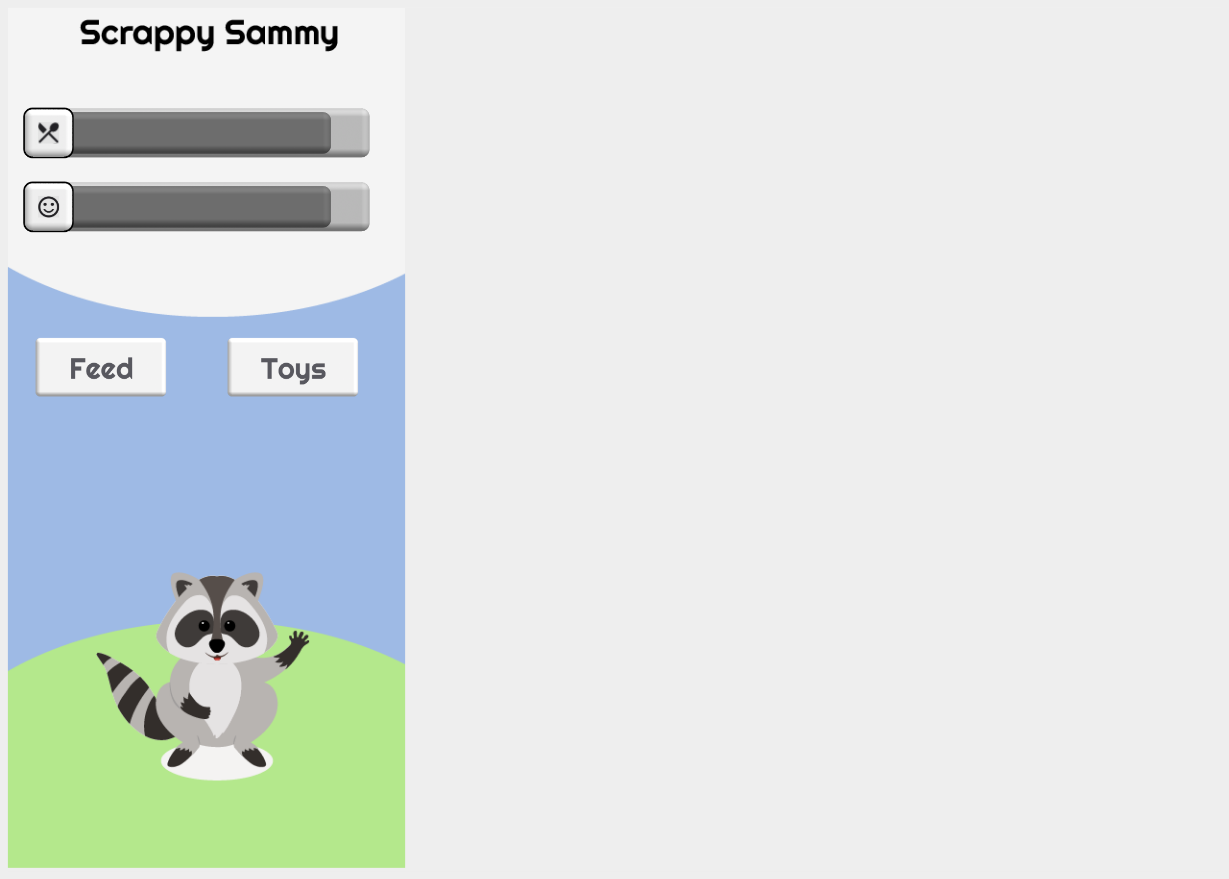
Repository: alemunden/Trash-Scavengers
Page: /Scrappy
An editor plug-in stored every save of this project. The page is shown before and after the next save, followed by the edit.
The browser window is 1280 px wide. The pictures show the whole page, at 96% of full size.
The project was rebuilt for these pictures with package versions that can differ from the ones it lists, and the page was loaded fresh each time. The framework's server and built-in components were replaced by stand-ins that run in the browser. Also part of the build but not shown: next.config.mjs, components/NavBar/NavBar.module.css, components/NavBar/index.js.

Above is the page before, as saved 2024-04-20 12:16:38.

### pages/Scrappy.js
import NavBar from "@/components/NavBar"
import styles from '@/styles/Scrappy.module.css'
import Image from "next/image"
import { useState } from "react"

export default function Scrappy() {
    return(
        <>
            <div className={styles.main}>
                <div className={styles.statusBars}>
                    <Image src={'/foodbar.png'} height={52.86} width={360.57}/>
                    <Image src={'/happinessbar.png'} height={52.86} width={360.57}/>
                </div>
                <div className={styles.buttons}>
                    <Image src={'/feedbutton.png'} width={136.35} height={60.75}/>
                    <Image src={'/toysbutton.png'} width={136.35} height={60.75}/>
                </div>
                <Image src={'/scrappybackground.png'} width={414} height={896}/>
            </div>
        </>
    )
}

### styles/globals.css
:root {
    --white: #eee;
    --black: #000;
    --light-green: #B4E88C;
    --light-blue: #9EBAE5;
    --light-gray: #c5c5c5;
    --light-yellow: #F3CD70;
    --light-pink: #F3D9D9;
    --medium-green: #429600;
    --gold: #ED9F26;

}

html, body {
    overflow-x: hidden;
    background-color: var(--white);
  }

main {
    padding: 1rem;
  }

li {
    list-style-type: none;
    cursor: pointer;
    margin: 1rem;
    width: 100%;
    padding: 0.5rem;
    color: #000105;
    background-color: var(--light-blue);
    border-radius: 1rem;
    border-bottom: 6px solid #7893bb;
    font-family: "Righteous", sans-serif;
    text-align: center;
    font-size: 1.5rem;
  }

.liHover:hover {
    background-color: #7893bb;
    columns: #fff;
}

.liSelected {
    color: #fff;
    background-color: #000925;
}

### styles/Scrappy.module.css
.buttons {
    display: flex;
    gap: 4rem;
    position: absolute;
    top: 22rem;
    left: 2.3rem;
}

.statusBars {
    display: flex;
    flex-direction: column;
    gap: 1.5rem;
    position: absolute;
    top: 7rem;
    left: 1.5rem;
}

Loaded but not shown: pages/_app.js (common file); pages/_document.js (common file); pages/api/hello.js (common file)

After the next save:
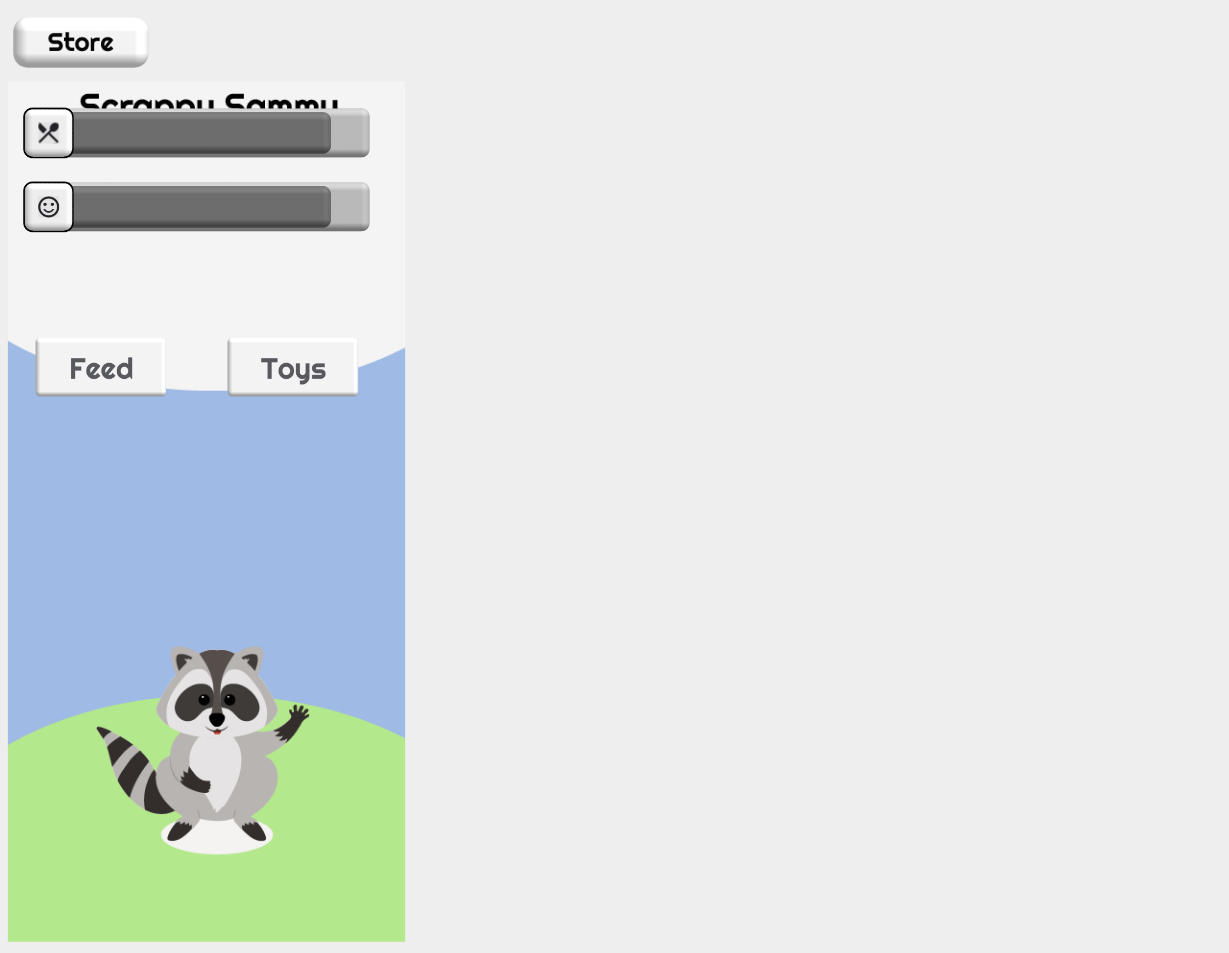
Saved 12 min 44 s later.
--- a/pages/Scrappy.js
+++ b/pages/Scrappy.js
@@ -11,6 +11,9 @@ export default function Scrappy() {
                     <Image src={'/foodbar.png'} height={52.86} width={360.57}/>
                     <Image src={'/happinessbar.png'} height={52.86} width={360.57}/>
                 </div>
+                <div>
+                    <Image src={'/storebutton.png'} width={153.6} height={73.1} />
+                </div>
                 <div className={styles.buttons}>
                     <Image src={'/feedbutton.png'} width={136.35} height={60.75}/>
                     <Image src={'/toysbutton.png'} width={136.35} height={60.75}/>

After the 2 saves that followed:
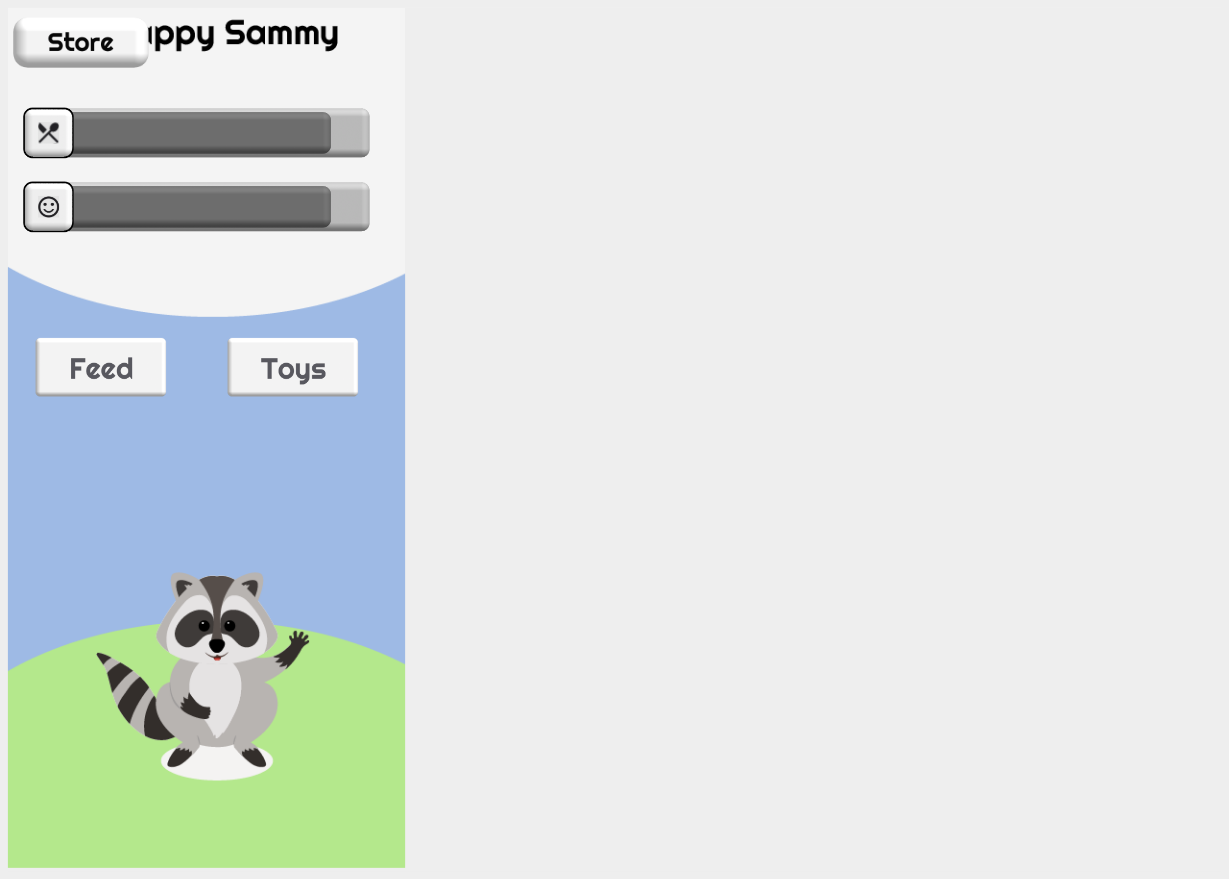
The 2 saves are shown as one change because 1 left the picture as it was.
The last was saved 46 s later.
--- a/pages/Scrappy.js
+++ b/pages/Scrappy.js
@@ -11,7 +11,7 @@ export default function Scrappy() {
                     <Image src={'/foodbar.png'} height={52.86} width={360.57}/>
                     <Image src={'/happinessbar.png'} height={52.86} width={360.57}/>
                 </div>
-                <div>
+                <div className={styles.storeButton}>
                     <Image src={'/storebutton.png'} width={153.6} height={73.1} />
                 </div>
                 <div className={styles.buttons}>
--- a/styles/Scrappy.module.css
+++ b/styles/Scrappy.module.css
@@ -14,3 +14,8 @@
     top: 7rem;
     left: 1.5rem;
 }
+
+.storeButton {
+    position: absolute;
+
+}
